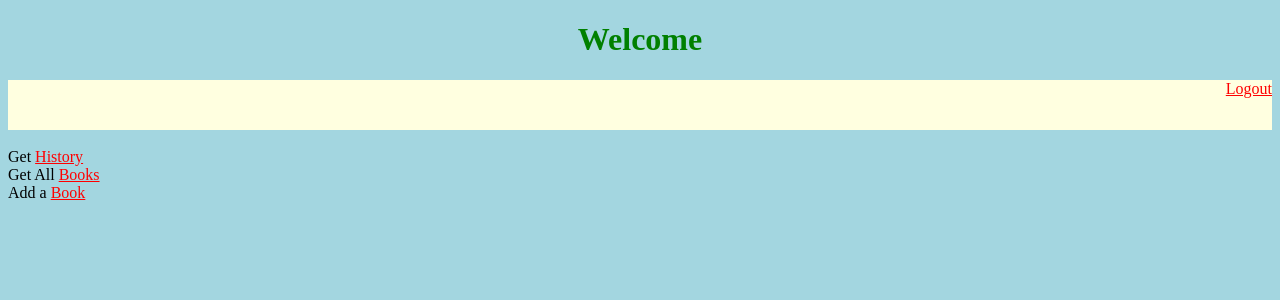
Repository: prashantvadlamani/Library-Management-System
Page: http://localhost/project/librarian.jsp
These files come from the project's save history. The page is drawn as it stood at one moment and after the next save; the edit follows.
The browser window is 1280 px wide. The pictures show the whole page.
The page is served by Tomcat 9. Other server files are loaded and not shown.

Above is the page before, as saved 2018-08-23 05:48:49.

### project/WebContent/librarian.jsp
<%@ page language="java" contentType="text/html; charset=ISO-8859-1"
    pageEncoding="ISO-8859-1"%>
<%@page import="java.util.*"%>
<%@page import="model.*"%>
<!DOCTYPE html PUBLIC "-//W3C//DTD HTML 4.01 Transitional//EN" "http://www.w3.org/TR/html4/loose.dtd">
<html>
<head>
<meta http-equiv="Content-Type" content="text/html; charset=ISO-8859-1">
<title>Librarian</title>
<style>
	h1{
		text-align:center;
		color: green;
	}

	a{
		color: red;
		height: 40px;
	}
	body{
		background-color: #a3d6e0;
	}
</style>
</head>
<body>
	<header>
	   <h1>Welcome</h1>
  </header>
	<div style="text-align:right;background-color: lightyellow;height: 50px;"><a href="logout" >Logout</a></div>
	<br>
	Get <a href="libhistory">History</a>
	<br>
	Get All <a href="librarianServlet">Books</a>
	<br>
	Add a <a href="add">Book</a>



</body>
</html>

After the next save:
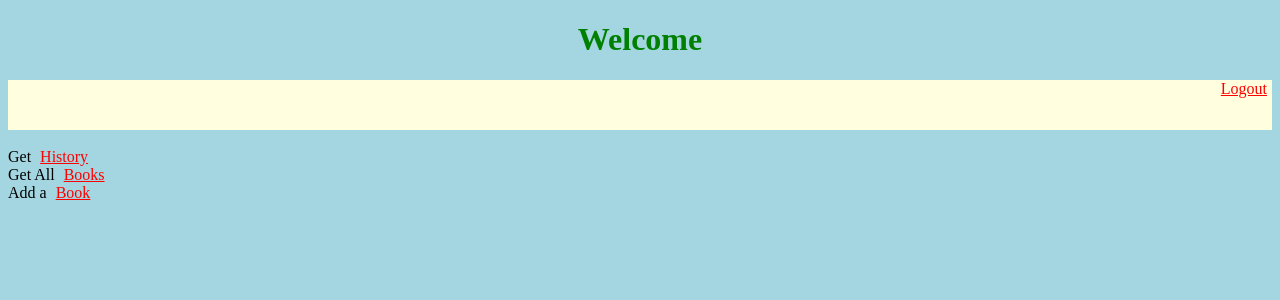
Saved 12 s later.
--- a/project/WebContent/librarian.jsp
+++ b/project/WebContent/librarian.jsp
@@ -15,7 +15,7 @@
 
 	a{
 		color: red;
-		height: 40px;
+		padding: 5px;
 	}
 	body{
 		background-color: #a3d6e0;
